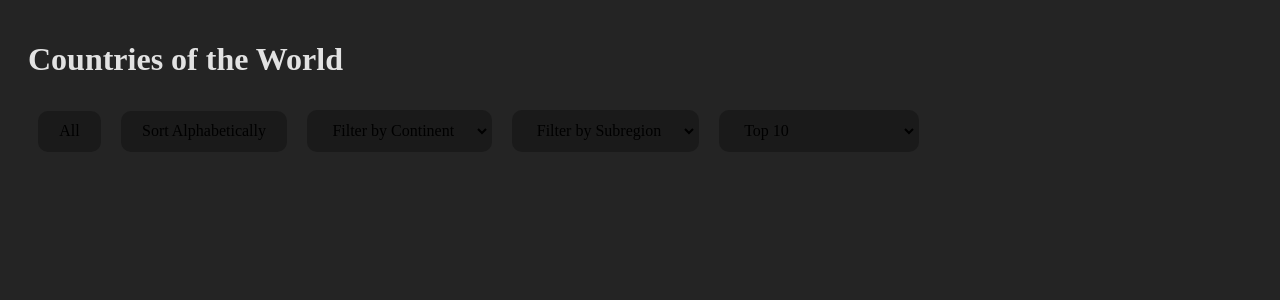
Repository: SandyLy453/comp-lab10
Page: /
These files come from the project's save history. The page is drawn as it stood at one moment and after the next save; the edit follows.
The browser window is 1280 px wide. The pictures show the whole page.
The page's requests for data from a server got no answer. The project was rebuilt for these pictures with package versions that can differ from the ones it lists, and the page was loaded fresh each time. No one was signed in, and anything a server would have sent is missing. Also part of the build but not shown: vite.config.js, src/components/Contry.jsx.

Above is the page before, as saved 2024-11-14 23:25:27.

After the next save:
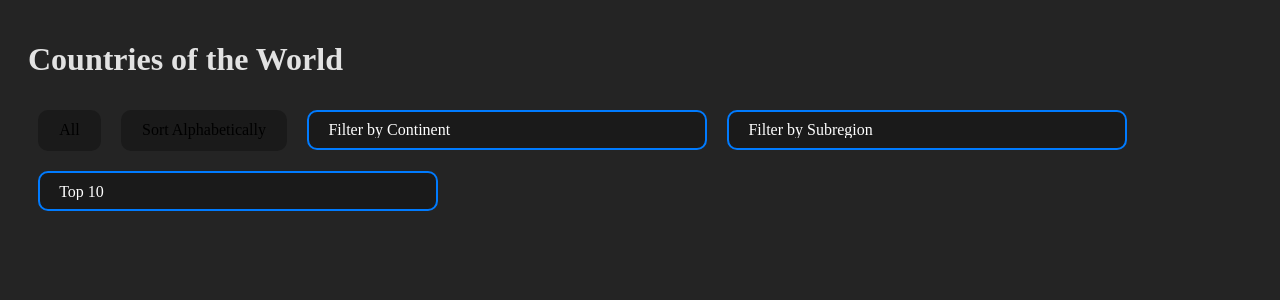
Saved 2 min 28 s later.
--- a/src/index.css
+++ b/src/index.css
@@ -13,8 +13,7 @@
   padding: 20px;
 }
 
-button,
-select {
+button{
   border-radius: 10px;
   border: 2px solid transparent;
   padding: 0.6em 1.2em;
@@ -42,6 +41,19 @@ button:focus-visible {
 select {
   max-height: 400px;
   overflow-y: auto;
+  appearance: none;
+  -webkit-appearance: none; /* For Safari */
+  -moz-appearance: none; /* For Firefox */
+  border: 2px solid #007bff;
+  border-radius: 10px;
+  padding: 0.6em 1.2em;
+  background-color: #1a1a1a;
+  color: #fff;
+  cursor: pointer;
+  font-size: 1em;
+  font-family: inherit;
+  margin: 10px;
+  width: 400px; /* Fixed width for dropdown */
 }
 
 option {
